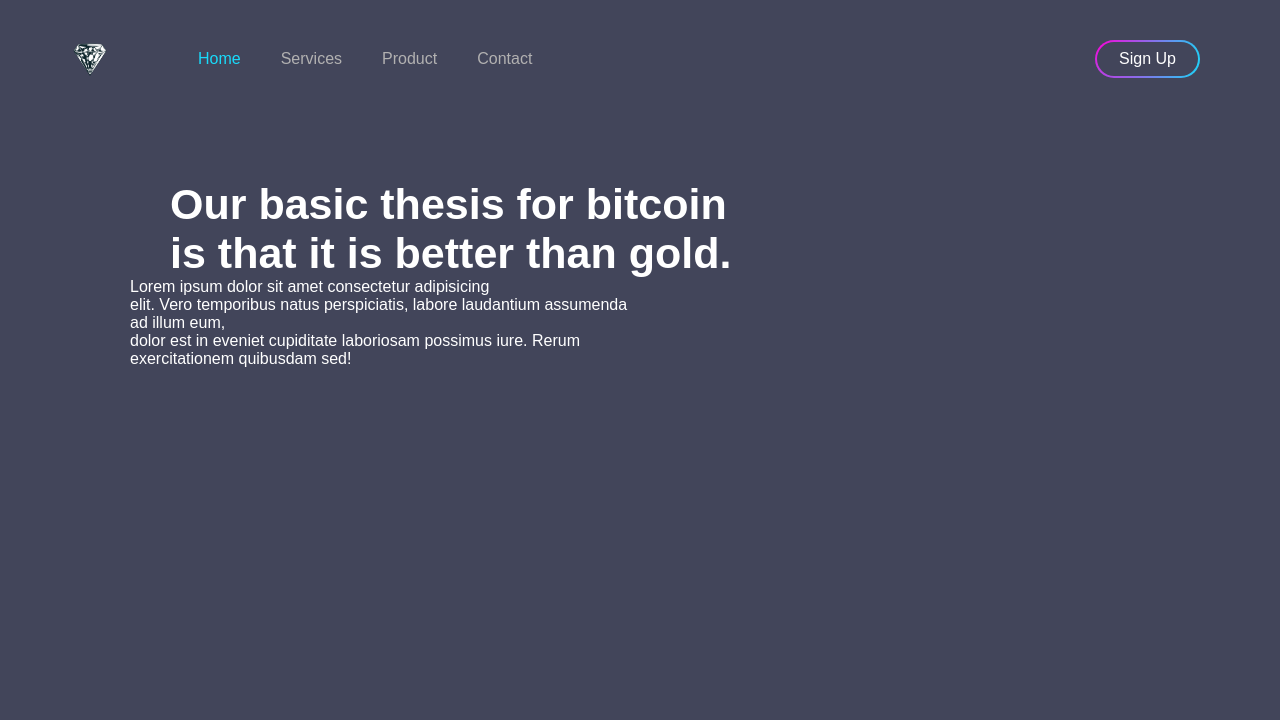
Repository: Aakarshit-Sharma19/Basic-HTML-and-CSS-Page-
Page: index.html
These files come from the project's save history. The page is drawn as it stood at one moment and after the next save; the edit follows.
The browser window is 1280 px wide. The pictures show the whole page.

Above is the page before, as saved 2020-11-10 15:26:39.

After the next save:
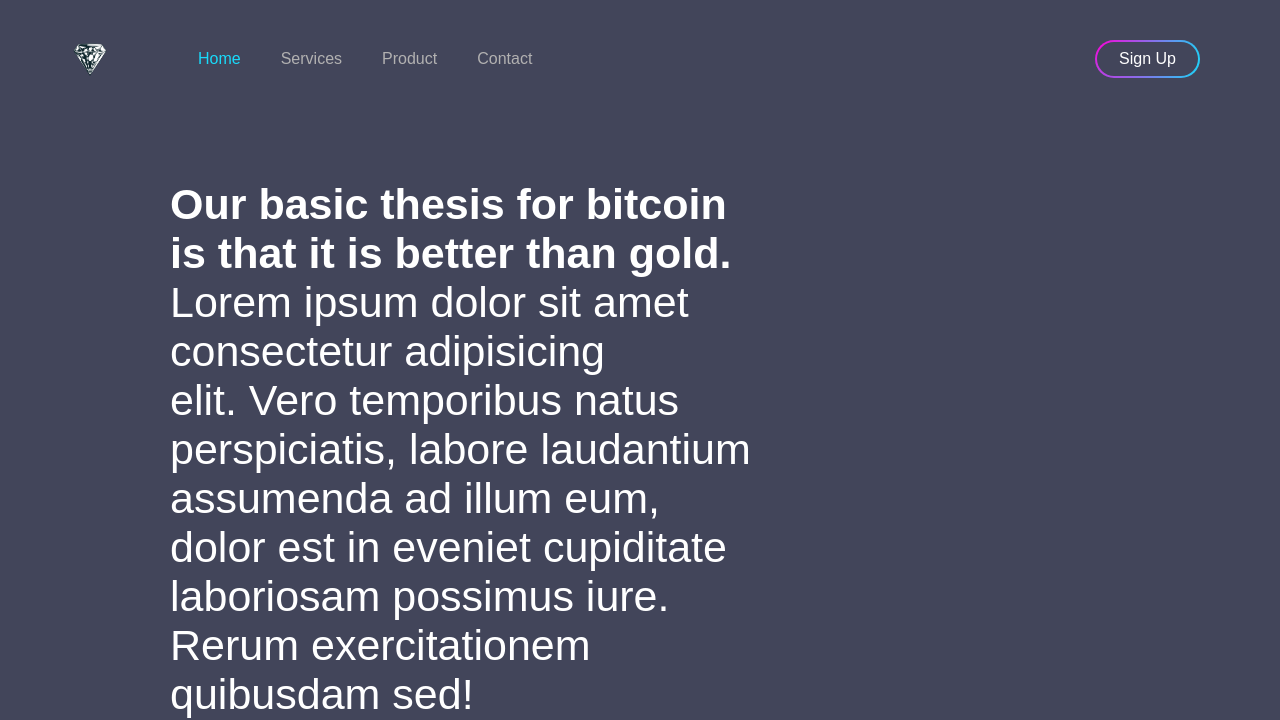
Saved 13 s later.
--- a/style.css
+++ b/style.css
@@ -72,3 +72,10 @@ body{
     position: relative;
     margin-left: 40px;
 }
+
+.app-text p{
+    font-size: 43px;
+    width: 640px;
+    position: relative;
+    margin-left: 40px;
+}
